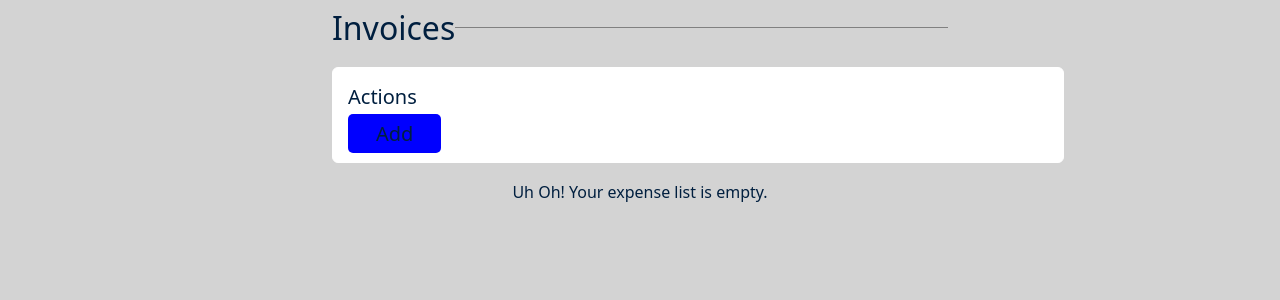
Repository: om1ars/task3
Page: /
An editor plug-in stored every save of this project. The page is shown before and after a run of saves, followed by the edit.
The browser window is 1280 px wide. The pictures show the whole page.
Some web libraries are served in a nearby version. The project was rebuilt for these pictures with package versions that can differ from the ones it lists, and the page was loaded fresh each time. Also part of the build but not shown: src/components/footer/footer.css, src/components/footer/index.js, src/constants/add-expense.js, src/components/add-form/add-form.css, src/components/add-form/success-modal.css, src/components/add-form/success-modal.js, src/components/add-form/index.js, src/pages/add-expense/add-expense.css and 3 more.

Above is the page before, as saved 2021-12-18 15:23:14.

After the next 2 saves:
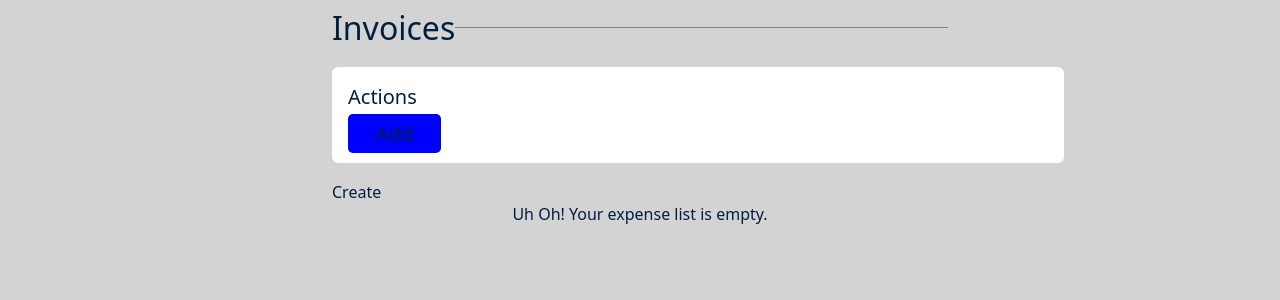
The 2 saves are shown as one change because they came seconds apart.
The last was saved 10 s later.
--- a/src/components/expense-list/index.js
+++ b/src/components/expense-list/index.js
@@ -17,10 +17,11 @@ const ExpenseList = () => {
         newestOnTop={false}
         closeOnClick
       />
+      <div>Create</div>
+
       {list.length ? (
         filteredList.map((item) => (
           <>
-          <div>Create</div>
             <Card item={item} notifySuccess={notifySuccess} />
           </>
         ))
